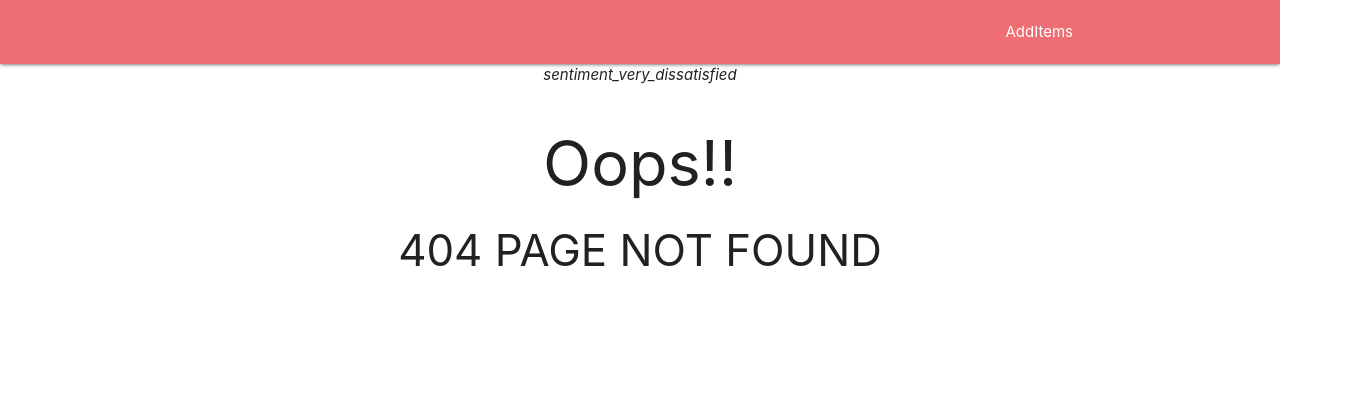
Repository: umarrg/crud-app-ejs-and-nodejs
Page: public/error.html
These files come from the project's save history. The page is drawn as it stood at one moment and after the next save; the edit follows.
The browser window is 1280 px wide. The page is 1280 px wide, then 1352 px, so the pictures cover 1352 px, including what lies to the right of the window. The pictures show the whole page.

Above is the page before, as saved 2020-12-29 12:18:55.

After the next save:
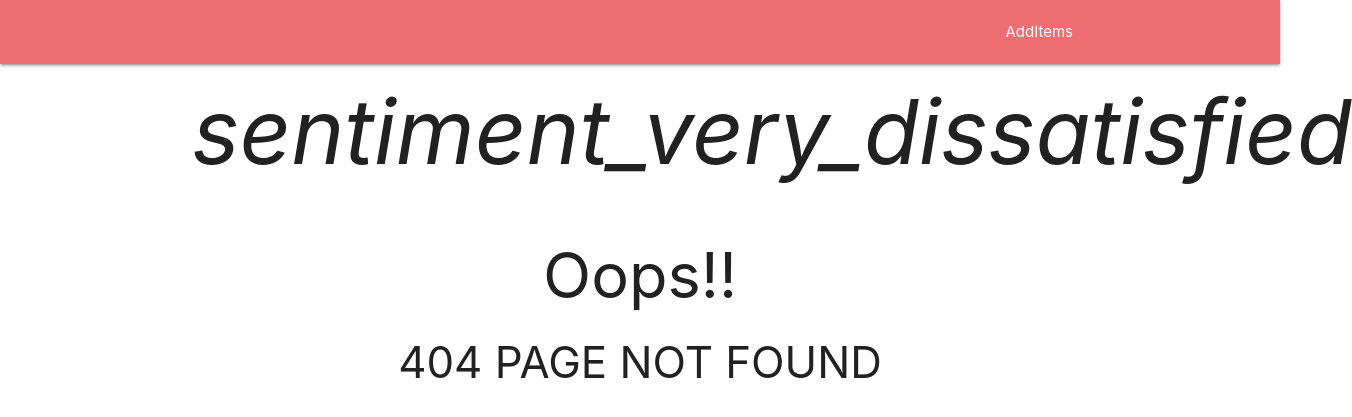
Saved 5 s later.
--- a/public/error.html
+++ b/public/error.html
@@ -18,7 +18,7 @@
         </div>
       </nav>
       <div class="container center-align">
-        <i class=" lmaterial-icons">sentiment_very_dissatisfied</i>
+        <i class=" large material-icons">sentiment_very_dissatisfied</i>
         <h1>Oops!!</h1>
         <h3>404 PAGE NOT FOUND</h3>
 
